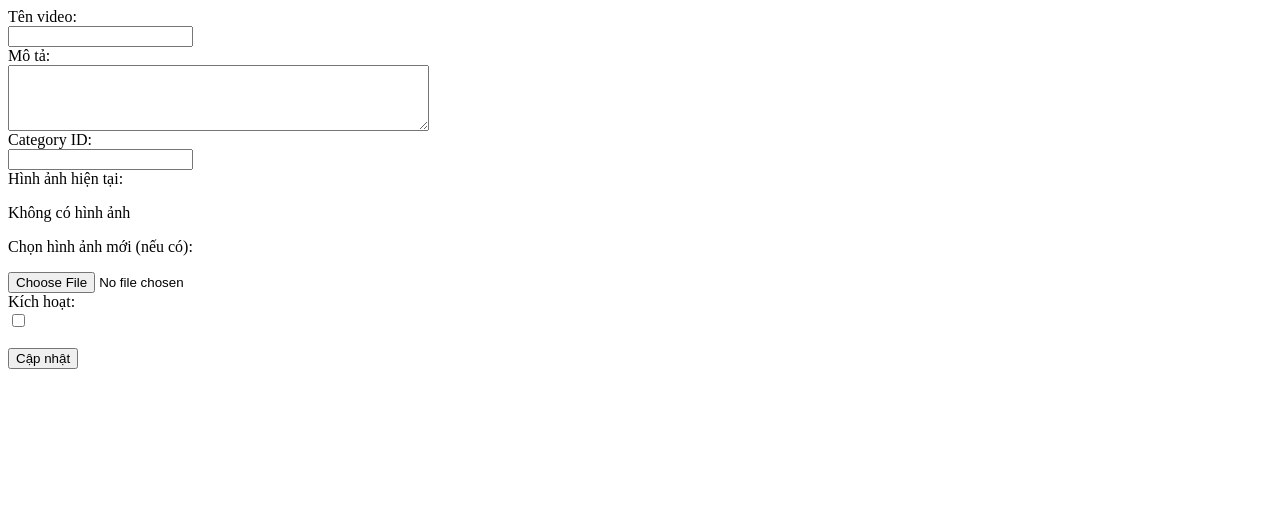
Repository: thuctrantrong/JPA
Page: http://localhost/JPA/admin/video/insert
The author's editor kept a copy of each file at every save. The page is drawn from the files as they stood at one save, then again after the next save.
The browser window is 1280 px wide. The pictures show the whole page.
The page is served by Tomcat 10. Other server files are loaded and not shown.

Above is the page before, as saved 2024-10-15 08:48:10.

### JPA/src/main/webapp/resources/views/admin/video-insert.jsp
<%@ page language="java" contentType="text/html; charset=UTF-8" pageEncoding="UTF-8" %>
<%@ taglib prefix="c" uri="jakarta.tags.core" %>

<form action="${pageContext.request.contextPath}/admin/video/add" method="POST" enctype="multipart/form-data">
    <!-- Trường ẩn để lưu video ID -->
    <input type="hidden" id="videoId" name="videoId" value="${vd.videoId}">

    <!-- Nhập tên video -->
    <label for="vdname">Tên video:</label><br>
    <input type="text" id="vdname" name="vdname" value="${vd.title}" required><br>

    <!-- Nhập mô tả video -->
    <label for="vddescription">Mô tả:</label><br>
    <textarea id="vddescription" name="vddescription" rows="4" cols="50" required>${vd.description}</textarea><br>

    <!-- Nhập category ID -->
    <label for="categoryID">Category ID:</label><br>
    <input type="text" id="categoryID" name="categoryID" value="${vd.category.categoryId}" required><br>

    <label for="poster">Hình ảnh hiện tại:</label><br>
    <c:choose>
        <c:when test="${not empty vd.poster}">
            <c:url value="/images?fname=${vd.poster}" var="posterUrl" />
            <img height="150" width="200" src="${posterUrl}" alt="Video Image" />
        </c:when>
        <c:otherwise>
            <p>Không có hình ảnh</p>
        </c:otherwise>
    </c:choose>

    <p>Chọn hình ảnh mới (nếu có):</p>
    <input type="file" id="poster" name="poster"><br>

    <!-- Nhập trạng thái video (Active hay không) -->
    <label for="status">Kích hoạt:</label><br>
    <input type="checkbox" id="status" name="status" <c:if test="${vd.active}">checked</c:if> value="true"><br>

    <!-- Nút submit -->
    <br>
    <input type="submit" value="Cập nhật">
</form>

### JPA/src/main/java/vn/iostar/controller/AdminControllerVideo.java
package vn.iostar.controller;

import java.io.File;
import java.io.FileNotFoundException;
import java.io.IOException;
import java.nio.file.Paths;
import java.util.List;

import jakarta.servlet.ServletException;
import jakarta.servlet.annotation.MultipartConfig;
import jakarta.servlet.annotation.WebServlet;
import jakarta.servlet.http.HttpServlet;
import jakarta.servlet.http.HttpServletRequest;
import jakarta.servlet.http.HttpServletResponse;
import jakarta.servlet.http.Part;
import vn.iostar.entity.Category;
import vn.iostar.entity.Video;
import vn.iostar.service.IVideoService;
import vn.iostar.service.impl.VideoServiceImpl;
import vn.iostar.util.constants;

@MultipartConfig()

@WebServlet(urlPatterns = { "/admin/videos", "/admin/video/insert", "/admin/video/add" })
public class AdminControllerVideo extends HttpServlet {

    private static final long serialVersionUID = 1L;
    public IVideoService vdService = new VideoServiceImpl();

    @Override
    protected void doGet(HttpServletRequest req, HttpServletResponse resp) throws ServletException, IOException {
        String url = req.getRequestURI();
        if (url.contains("videos")) {
            List<Video> list = vdService.findAll();
            req.setAttribute("listvd", list);
            req.getRequestDispatcher("/resources/views/admin/video-list.jsp").forward(req, resp);

        } else if (url.contains("insert")) {
            req.getRequestDispatcher("/resources/views/admin/video-insert.jsp").forward(req, resp);
        }
    }

    @Override
    protected void doPost(HttpServletRequest req, HttpServletResponse resp) throws ServletException, IOException {
        String url = req.getRequestURI();

        if (url.contains("add")) {
            String vdname = req.getParameter("vdname");
            String description = req.getParameter("vddescription");
            boolean Active = Boolean.parseBoolean(req.getParameter("status"));
            String images = req.getParameter("poster");

            int categoryID = 0;
            try {
                categoryID = Integer.parseInt(req.getParameter("categoryID"));
            } catch (NumberFormatException e) {
                req.setAttribute("errorMessage", "Invalid category ID!");
                req.getRequestDispatcher("/resources/views/admin/video-insert.jsp").forward(req, resp);
                return;
            }

            // Đưa dữ liệu vào model
            Video video = new Video();
            video.setTitle(vdname);
            video.setDescription(description);
            video.setActive(Active);

            Category category = new Category();
            category.setCategoryId(categoryID);
            video.setCategory(category);

            String fname = "";
            String uploadPath = constants.DIR;
            File uploadDir = new File(uploadPath);
            if (!uploadDir.exists()) {
                uploadDir.mkdir();
            }

            try {
                Part part = req.getPart("images1");
                if (part != null && part.getSize() > 0) {
                    String filename = Paths.get(part.getSubmittedFileName()).getFileName().toString();
                    int index = filename.lastIndexOf(".");
                    String ext = filename.substring(index + 1);
                    fname = System.currentTimeMillis() + "." + ext;
                    part.write(uploadPath + "/" + fname);
                    video.setPoster(fname);
                } else if (images != null && !images.isEmpty()) {
                    video.setPoster(images);
                } else {
                    video.setPoster("avatar.png");
                }

                vdService.insert(video);
                resp.sendRedirect(req.getContextPath() + "/admin/videos");

            } catch (FileNotFoundException fne) {
                fne.printStackTrace();
                req.setAttribute("errorMessage", "File not found!");
                req.getRequestDispatcher("/resources/views/admin/video-insert.jsp").forward(req, resp);
            } catch (Exception e) {
                e.printStackTrace();
                req.setAttribute("errorMessage", "An error occurred while processing!");
                req.getRequestDispatcher("/resources/views/admin/video-insert.jsp").forward(req, resp);
            }
        }
    }
}

### JPA/src/main/java/vn/iostar/service/impl/VideoServiceImpl.java
package vn.iostar.service.impl;

import java.util.List;

import vn.iostar.dao.IVideoDao;
import vn.iostar.dao.impl.VideoDao;
import vn.iostar.entity.Video;
import vn.iostar.service.IVideoService;

public class VideoServiceImpl implements IVideoService {

	public IVideoDao vdDao = new VideoDao();


	@Override
	public void insert(Video video){
		Video vd = null;
		try {
			vd = this.findByVideoname(video.getTitle());
		} catch (Exception e) {
			e.printStackTrace();
		}
		 if(vd==null) {

			 vdDao.insert(video);

		 }
	}

	@Override
	public List<Video> findAll() {
		return vdDao.findAll();

	}

	@Override
	public Video findByVideoname(String name) throws Exception {
		try {

			 return vdDao.findByVideoname(name);

			 } catch (Exception e) {

			 e.printStackTrace();

			 }

			 return null;
	}

}

### JPA/src/main/java/vn/iostar/dao/IVideoDao.java
package vn.iostar.dao;

import java.util.List;

import vn.iostar.entity.Video;

public interface IVideoDao {
	void insert(Video video);

	List<Video> findAll();

	Video findByVideoname(String name) throws Exception;
}

### JPA/src/main/java/vn/iostar/dao/impl/VideoDao.java
package vn.iostar.dao.impl;

import java.util.List;

import jakarta.persistence.EntityManager;
import jakarta.persistence.EntityTransaction;
import jakarta.persistence.TypedQuery;
import vn.iostar.config.JPAConfig;
import vn.iostar.dao.IVideoDao;
import vn.iostar.entity.Video;

public class VideoDao implements IVideoDao  {

	@Override
	public void insert(Video video) {
		EntityManager enma = JPAConfig.getEntityManager();

		EntityTransaction trans = enma.getTransaction();
		try {

			trans.begin();
			enma.persist(video);
			trans.commit();

		} catch (Exception e) {

			e.printStackTrace();

			trans.rollback();

			throw e;

		} finally {

			enma.close();

		}
	}

	@Override
	public List<Video> findAll() {
		EntityManager enma = JPAConfig.getEntityManager();

		TypedQuery<Video> query= enma.createNamedQuery("Video.findAll", Video.class);

		return query.getResultList();
	}

	@Override
	public Video findByVideoname(String name) throws Exception {
		EntityManager enma = JPAConfig.getEntityManager();

		String sql = "Select v from category v Where v.title =: videoname";
		 try {
			 TypedQuery<Video> query= enma.createQuery(sql, Video.class);
				query.setParameter("videoname", name);
				Video video= query.getSingleResult();
			 if(video==null) {

				 throw new Exception("Video Name khong tim thay ");
			 }
			 return video;

			 }
		finally {
			 enma.close();
			 }
	}

}

### JPA/src/main/java/vn/iostar/controller/Download.java
package vn.iostar.controller;

import java.io.File;
import java.io.FileInputStream;
import java.io.IOException;

import org.apache.commons.io.IOUtils;

import jakarta.servlet.ServletException;
import jakarta.servlet.annotation.WebServlet;
import jakarta.servlet.http.HttpServlet;
import jakarta.servlet.http.HttpServletRequest;
import jakarta.servlet.http.HttpServletResponse;
import vn.iostar.util.constants;


@WebServlet(urlPatterns = {"/images"})
public class Download extends HttpServlet {

	/**
	 *
	 */
	private static final long serialVersionUID = 1L;
	 @Override
	 protected void doGet(HttpServletRequest req, HttpServletResponse resp)
	throws ServletException, IOException {
	 String fileName = req.getParameter("fname");
	 File file = new File(constants.DIR + "/" + fileName);
	 resp.setContentType("image/jpeg");
	 if (file.exists()) {
	 IOUtils.copy(new FileInputStream(file), resp.getOutputStream());
	 }
	 }
	 @Override
		protected void doPost(HttpServletRequest req, HttpServletResponse resp) throws ServletException, IOException {
			// TODO Auto-generated method stub
			super.doPost(req, resp);
		}
}

After the next save:
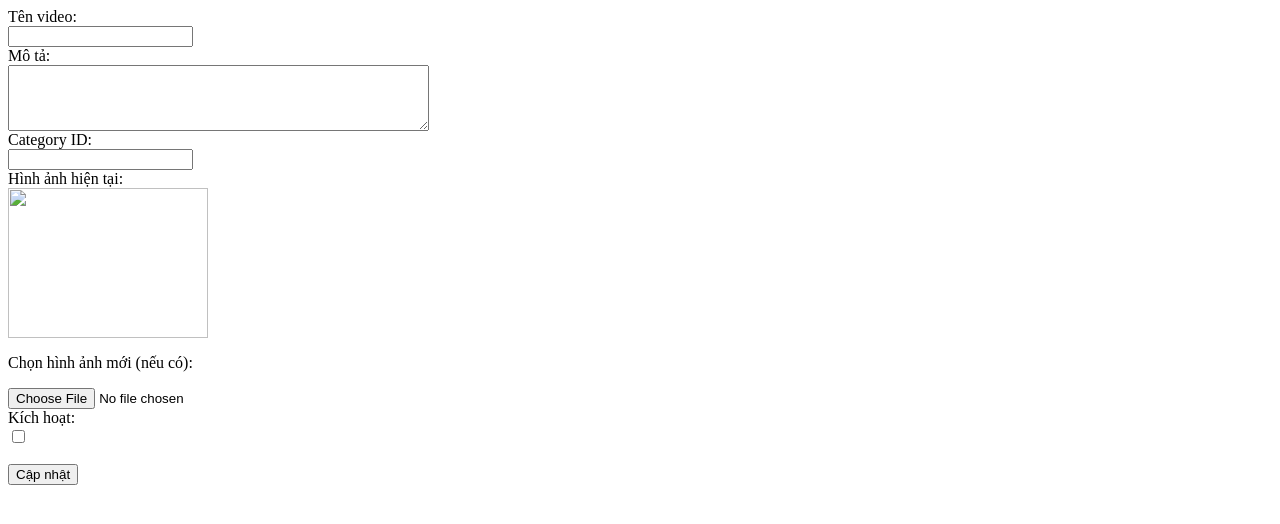
Saved 5 min 34 s later.
--- a/JPA/src/main/webapp/resources/views/admin/video-insert.jsp
+++ b/JPA/src/main/webapp/resources/views/admin/video-insert.jsp
@@ -1,41 +1,56 @@
-<%@ page language="java" contentType="text/html; charset=UTF-8" pageEncoding="UTF-8" %>
-<%@ taglib prefix="c" uri="jakarta.tags.core" %>
+<%@ page language="java" contentType="text/html; charset=UTF-8"
+	pageEncoding="UTF-8"%>
+<%@ taglib prefix="c" uri="jakarta.tags.core"%>
 
-<form action="${pageContext.request.contextPath}/admin/video/add" method="POST" enctype="multipart/form-data">
-    <!-- Trường ẩn để lưu video ID -->
-    <input type="hidden" id="videoId" name="videoId" value="${vd.videoId}">
+<form action="${pageContext.request.contextPath}/admin/video/add"
+	method="POST" enctype="multipart/form-data">
+	<!-- Trường ẩn để lưu video ID -->
+	<input type="hidden" id="videoId" name="videoId" value="${vd.videoId}">
 
-    <!-- Nhập tên video -->
-    <label for="vdname">Tên video:</label><br>
-    <input type="text" id="vdname" name="vdname" value="${vd.title}" required><br>
+	<!-- Nhập tên video -->
+	<label for="vdname">Tên video:</label><br> <input type="text"
+		id="vdname" name="vdname" value="${vd.title}" required><br>
 
-    <!-- Nhập mô tả video -->
-    <label for="vddescription">Mô tả:</label><br>
-    <textarea id="vddescription" name="vddescription" rows="4" cols="50" required>${vd.description}</textarea><br>
+	<!-- Nhập mô tả video -->
+	<label for="vddescription">Mô tả:</label><br>
+	<textarea id="vddescription" name="vddescription" rows="4" cols="50"
+		required>${vd.description}</textarea>
+	<br>
 
-    <!-- Nhập category ID -->
-    <label for="categoryID">Category ID:</label><br>
-    <input type="text" id="categoryID" name="categoryID" value="${vd.category.categoryId}" required><br>
+	<!-- Nhập category ID -->
+	<label for="categoryID">Category ID:</label><br> <input
+		type="text" id="categoryID" name="categoryID"
+		value="${vd.category.categoryId}" required><br> <label
+		for="poster">Hình ảnh hiện tại:</label><br>
+	<c:if test="${cate.images.substring(0,5)=='https'}">
 
-    <label for="poster">Hình ảnh hiện tại:</label><br>
-    <c:choose>
-        <c:when test="${not empty vd.poster}">
-            <c:url value="/images?fname=${vd.poster}" var="posterUrl" />
-            <img height="150" width="200" src="${posterUrl}" alt="Video Image" />
-        </c:when>
-        <c:otherwise>
-            <p>Không có hình ảnh</p>
-        </c:otherwise>
-    </c:choose>
 
-    <p>Chọn hình ảnh mới (nếu có):</p>
-    <input type="file" id="poster" name="poster"><br>
+		<c:url value="${cate.images }" var="imgUrl"></c:url>
 
-    <!-- Nhập trạng thái video (Active hay không) -->
-    <label for="status">Kích hoạt:</label><br>
-    <input type="checkbox" id="status" name="status" <c:if test="${vd.active}">checked</c:if> value="true"><br>
 
-    <!-- Nút submit -->
-    <br>
-    <input type="submit" value="Cập nhật">
+	</c:if>
+
+
+	<c:if test="${cate.images.substring(0,5)!='https'}">
+
+
+		<c:url value="/images?fname=${cate.images }" var="imgUrl"></c:url>
+
+
+	</c:if>
+
+
+
+	<img height="150" width="200" src="${imgUrl}" /><br>
+
+	<p>Chọn hình ảnh mới (nếu có):</p>
+	<input type="file" id="poster" name="poster"><br>
+
+	<!-- Nhập trạng thái video (Active hay không) -->
+	<label for="status">Kích hoạt:</label><br> <input type="checkbox"
+		id="status" name="status" <c:if test="${vd.active}">checked</c:if>
+		value="true"><br>
+
+	<!-- Nút submit -->
+	<br> <input type="submit" value="Cập nhật">
 </form>
